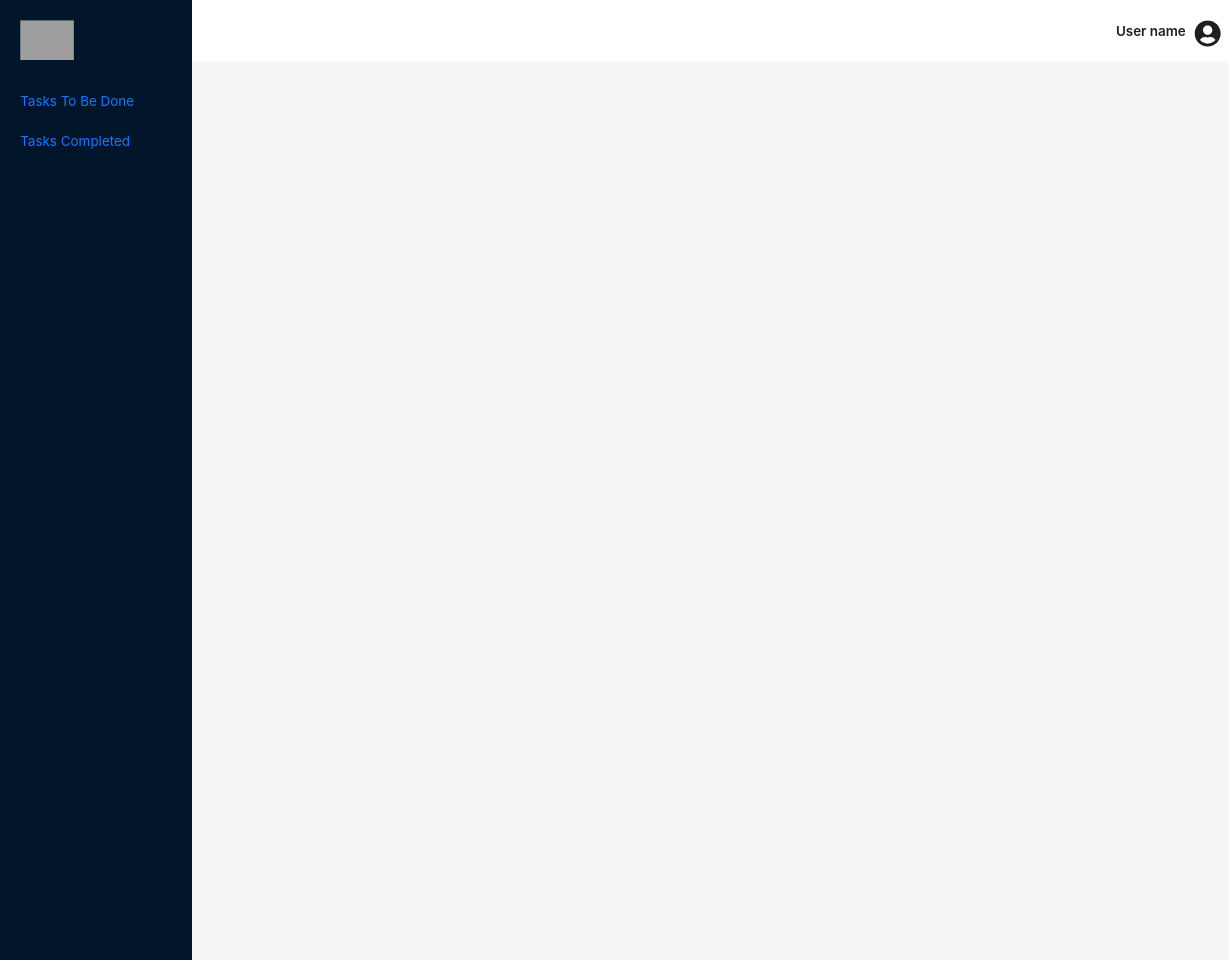
Repository: runner855/todolist_new
Page: /
An editor plug-in stored every save of this project. The page is shown before and after the next save, followed by the edit.
The browser window is 1280 px wide. The pictures show the whole page, at 96% of full size.
Pictures or frames that could not be fetched are drawn as grey boxes. The project was rebuilt for these pictures with package versions that can differ from the ones it lists, and the page was loaded fresh each time.

Above is the page before, as saved 2023-03-19 22:20:06.

After the next save:
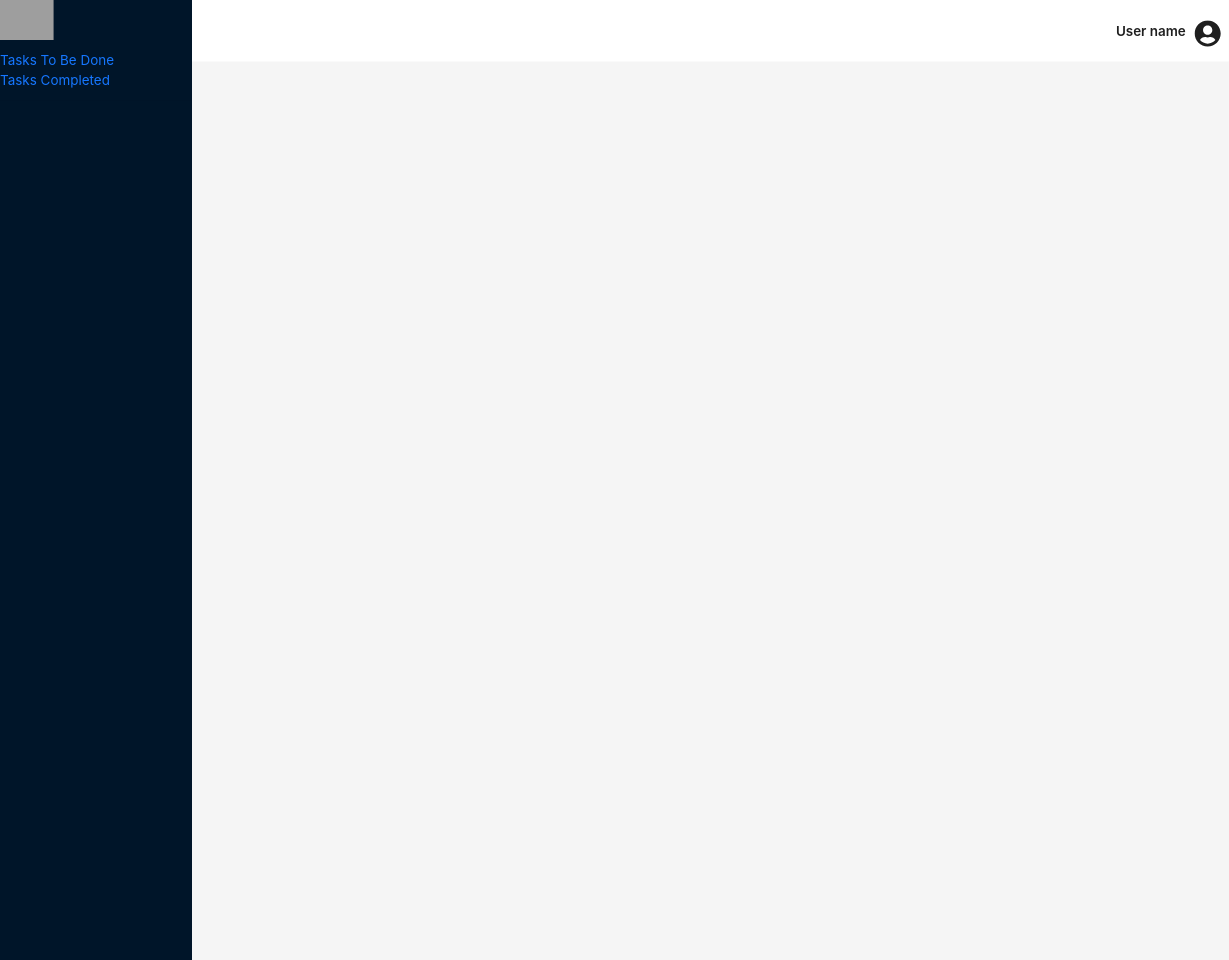
Saved 15 s later.
--- a/src/components/NavBar/NavBar.css
+++ b/src/components/NavBar/NavBar.css
@@ -36,7 +36,7 @@
 }
 
 .item_link {
-  margin: 1.5em;
+  margin-bottom: 1.5em;
 }
 
 a:visited {

After the save that followed:
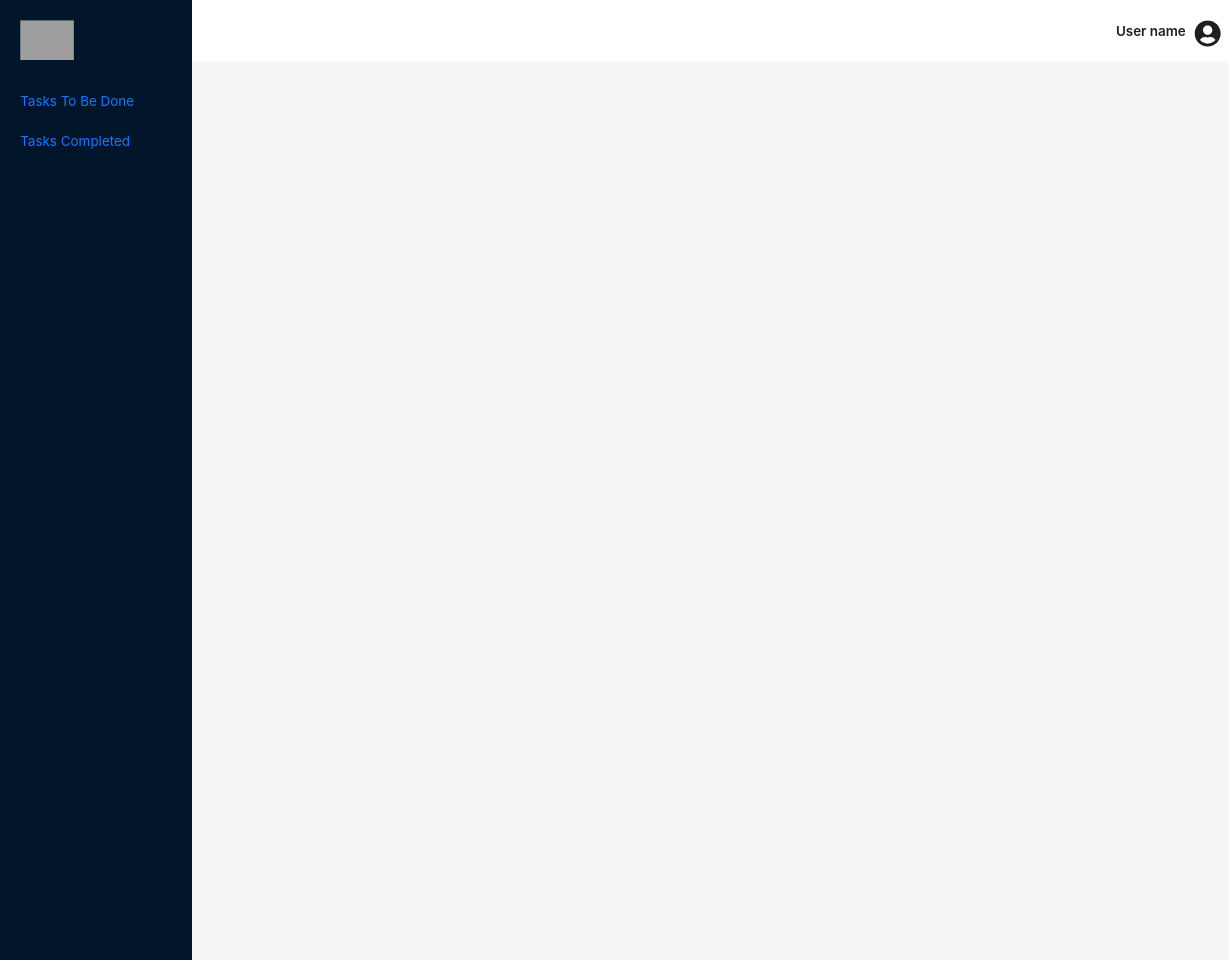
Saved 8 s later.
--- a/src/components/NavBar/NavBar.css
+++ b/src/components/NavBar/NavBar.css
@@ -36,7 +36,7 @@
 }
 
 .item_link {
-  margin-bottom: 1.5em;
+  margin: 1.5em;
 }
 
 a:visited {
